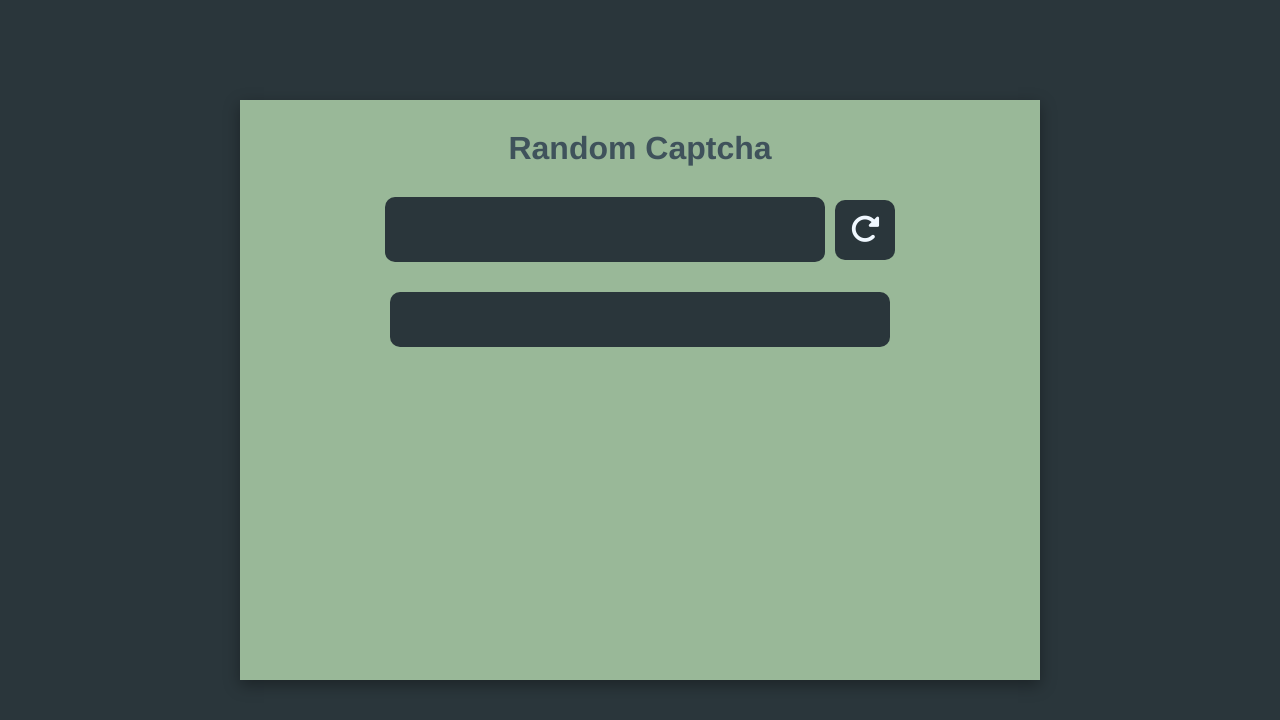
Repository: Aditya0377/Assignments
Page: Assignment/javascript practise/captcha.html
An editor plug-in stored every save of this project. The page is shown before and after the next save, followed by the edit.
The browser window is 1280 px wide. The pictures show the whole page.
Some web libraries are served in a nearby version.

Above is the page before, as saved 2024-03-29 17:19:48.

### Assignment/javascript practise/captcha.html
<!DOCTYPE html>
<html lang="en">

<head>
    <meta charset="UTF-8">
    <meta name="viewport" content="width=device-width, initial-scale=1.0">
    <title>Captcha Generator</title>
    <style>
        * {
            margin: 0px;
            padding: 0px;
        }

        body {
            display: flex;
            justify-content: center;
            align-items: center;
            background-color: #2a363b;
        }

        .container {
            margin-top: 100px;
            width: 800px;
            height: 580px;
            background-color: #99b898;
            box-shadow: rgba(0, 0, 0, 0.35) 0px 5px 15px;
            display: flex;
            flex-direction: column;
            align-items: center;

        }

        .head {
            margin-top: 30px;
            color: #3f525b;
            font-family: 'Franklin Gothic Medium', 'Arial Narrow', Arial, sans-serif;
        }

        .outputc {
            display: flex;
            justify-content: center;
            align-items: center;
        }

        .output {
            margin-top: 30px;
            width: 400px;
            height: 25px;
            border-radius: 10px;
            background-color: #2a363b;
            font-size: 30px;
            color: #ff847c;
            padding: 20px;

        }

        #reset {
            width: 60px;
            height: 60px;
            margin-top: 30px;
            margin-left: 10px;
            font-size: 30px;
            border: none;
            border-radius: 10px;
            background-color: #2a363b;
            color: aliceblue;
        }

        #reset:hover {
            cursor: pointer;
        }

        #input {
            margin-top: 30px;
            width: 490px;
            height: 55px;
            border-radius: 10px;
            background-color: #2a363b;
            border: none;
            outline: none;
            padding-left: 10px;
            font-size: 30px;
            color: #ff847c;
        }

        #check {
            width: 70px;
            height: 35px;
            padding: 5px;
            margin-top: 30px;
            font-size: 19px;
            border: none;
            border-radius: 10px;
            background-color: #e84a5f;
            color: aliceblue;
            transform: translateX(-45px);
            display: none;
        }
    </style>
    <script src="https://kit.fontawesome.com/edd85780d6.js" crossorigin="anonymous"></script>
</head>

<body>
    <div class="container">
        <div class="head">
            <h1>Random Captcha</h1>
        </div>
        <div class="outputc">
            <div class="output" id="soutput"></div>
            <button id="reset" onclick="captchaGeneration()"><i class="fa-solid fa-rotate-right"></i></button>
        </div>
        <div class="outputc">
            <input type="text" id="input" onkeyup="checkappear()">
            <button id="check">Check</button>
        </div>
        <p id="info"></p>
    </div>





    <script>
        function checkappear() {
            document.getElementById('check').style.display = 'inline';
            document.getElementById('input').style.transform = 'translateX(35px)';
        }
        function captchaGeneration() {
            const char = "ABCDEFGHIJKLMNOPQRSTUVWXYZabcdefghijklmnopqrstuvwxyz0123456789!@#$%^&*";
            let captcha = "";
            captcha += char.charAt(Math.floor(Math.random() * char.length - 32 + 1));
            captcha += char.charAt(Math.floor(Math.random() * char.length - 32));
            captcha += char.charAt(Math.floor(Math.random() * 26) + 32);
            captcha += char.charAt(Math.floor(Math.random() * 26) + 32);
            captcha += char.charAt(Math.floor(Math.random() * 10) + 62);
            captcha += char.charAt(Math.floor(Math.random() * 10) + 62);

            document.getElementById("soutput").innerHTML = captcha;
        }

    </script>
</body>

</html>

After the next save:
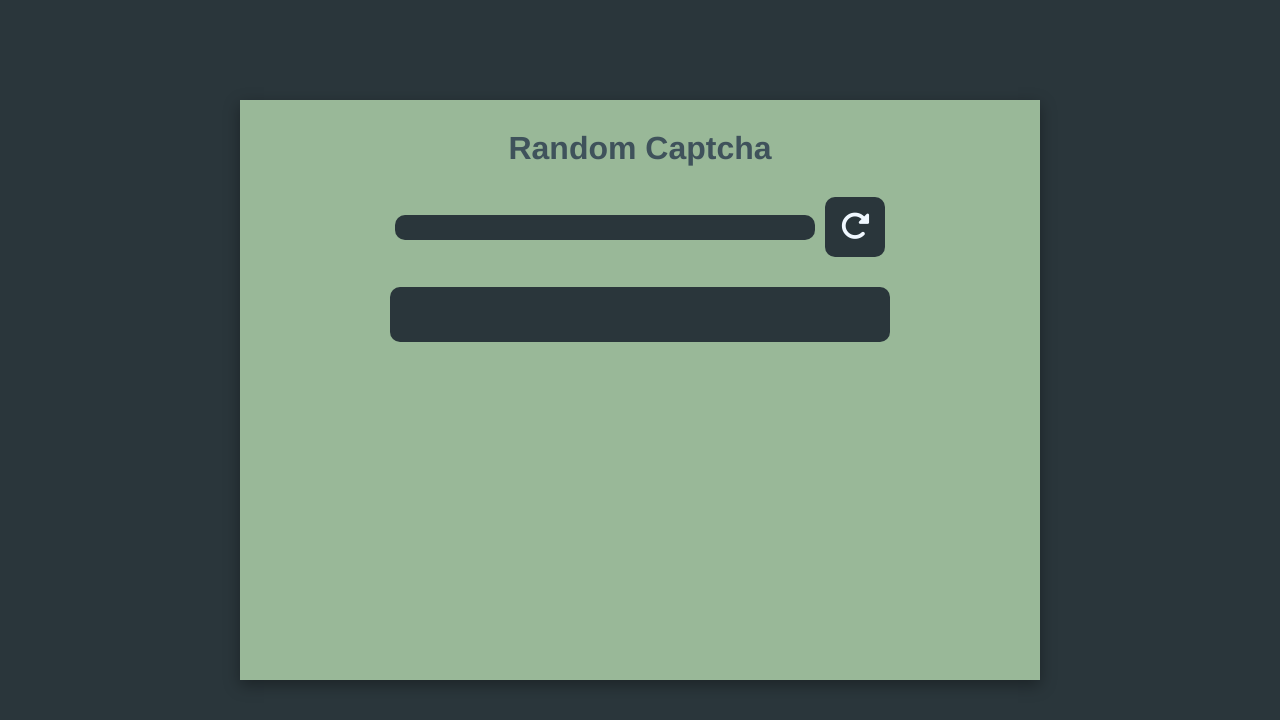
Saved 19 s later.
--- a/Assignment/javascript practise/captcha.html
+++ b/Assignment/javascript practise/captcha.html
@@ -50,7 +50,7 @@
             background-color: #2a363b;
             font-size: 30px;
             color: #ff847c;
-            padding: 20px;
+            padding-left: 20px;
 
         }
 
